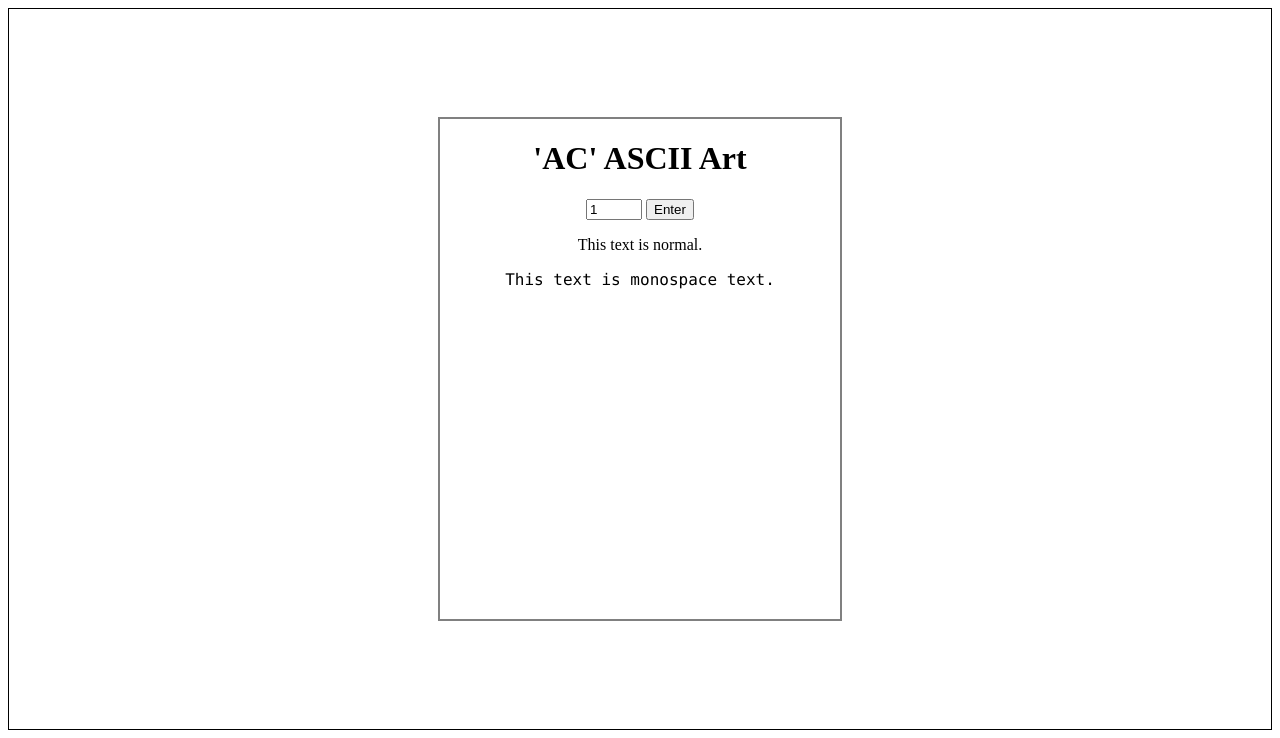
Repository: Achorn/ascii-art
Page: index.html
These files come from the project's save history. The page is drawn as it stood at one moment and after the next save; the edit follows.
The browser window is 1280 px wide. The pictures show the whole page.

Above is the page before, as saved 2021-08-09 12:42:50.

After the next save:
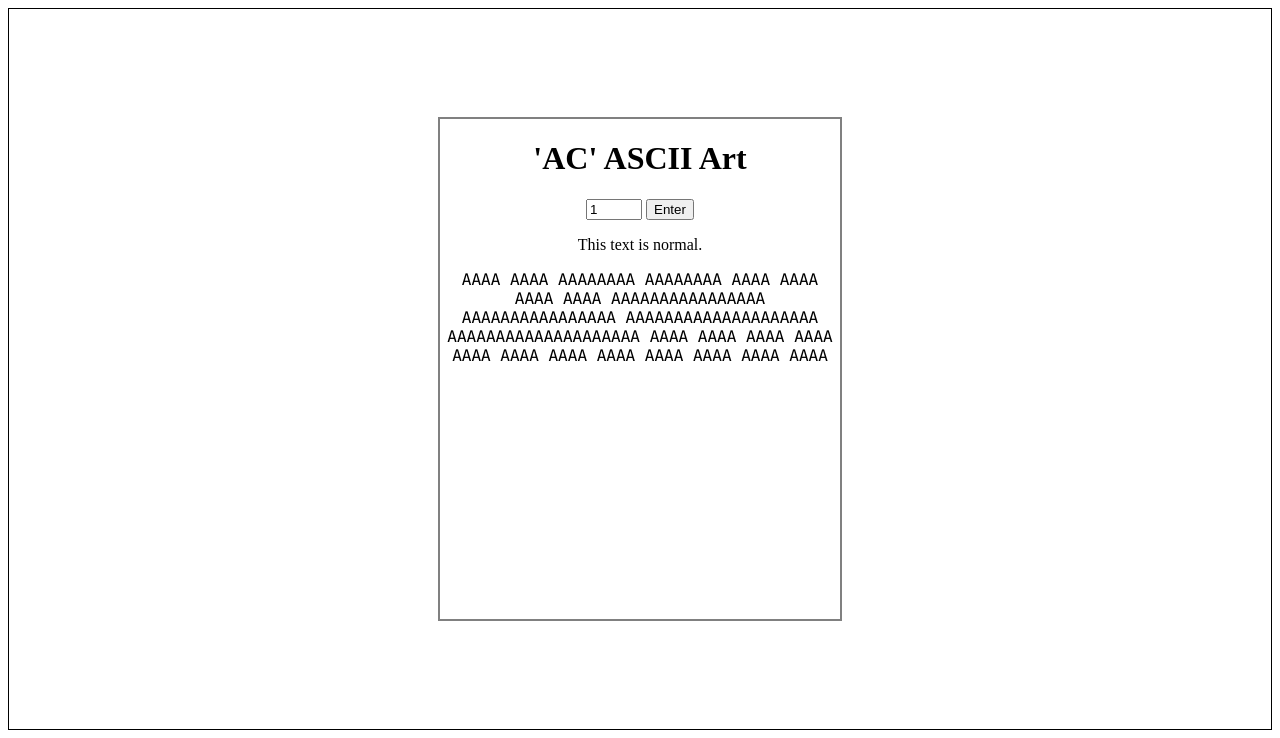
Saved 93 s later.
--- a/myscripts.js
+++ b/myscripts.js
@@ -173,10 +173,19 @@ function scaleSpread(array, factor) {
 }
 let sixteen = scaleSpread(eight, 2);
 
-// for (let i = 0; i < sixteen.length; i++) {
-//   console.log(sixteen[i].join(""));
-//   console.log("\n");
-// }
+for (let i = 0; i < sixteen.length; i++) {
+  console.log(sixteen[i].join(""));
+  console.log("\n");
+}
 
 let mono = document.getElementById("mono");
 console.log(mono.innerHTML);
+mono.innerHTML = eight.join();
+
+mono.innerHTML = "";
+
+for (let i = 0; i < sixteen.length; i++) {
+  mono.innerHTML += sixteen[i].join("") + "\n";
+  // console.log(sixteen[i].join(""));
+  // console.log("\n");
+}
